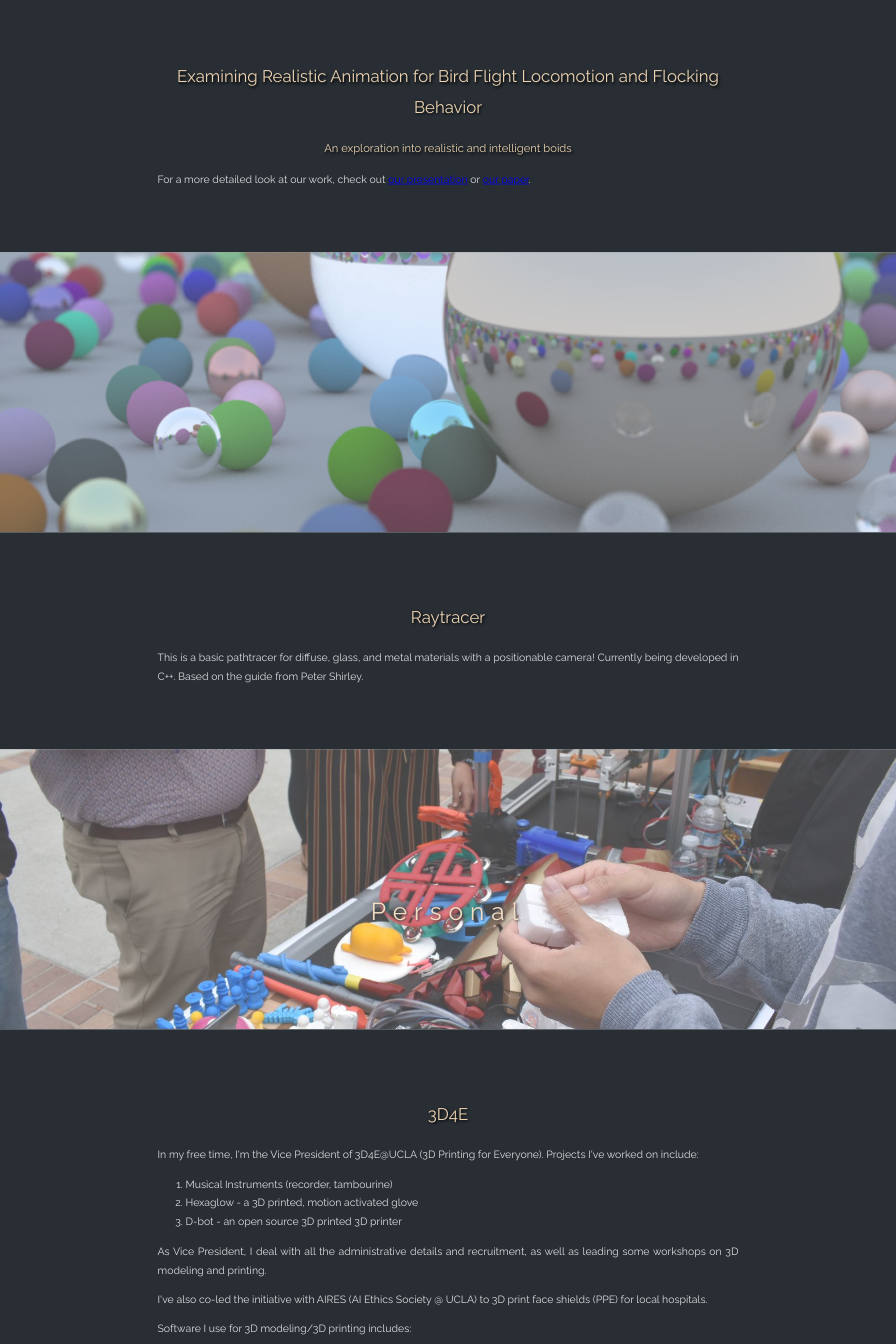
Repository: aliyuanh/me
Page: index.html
These files come from the project's save history. The page is drawn as it stood at one moment and after the next save; the edit follows.
The browser window is 1280 px wide. The pictures show the part of the page from y = 3069 to 4989 px (the page is 5941 px tall before and 6010 px after), at 70% of full size.
Backgrounds fixed to the window are drawn as part of the page.

Above is the page before, as saved 2020-09-17 13:54:54.

### index.html
<!DOCTYPE html>
<html>

<head>
    <link href="https://fonts.googleapis.com/css2?family=Raleway:ital,wght@0,100;0,400;1,400;1,500&display=swap" rel="stylesheet">
    <meta name="viewport" content="width=device-width, initial-scale=1">
    <style>
         :root {
            --oxford-blue: #0b132bff;
            --space-cadet: #1c2541ff;
            --cadet-blue: #4da1a9ff;
            --wheat: #edd4b2ff;
            --mountbatten-pink: #9a7aa0ff;
        }

        body,
        html {
            height: 100%;
            margin: 0;
            font: 400 15px/1.8 "Raleway", sans-serif;
            color: #777;
            scroll-behavior: smooth;
        }

        .bgimg-1,
        .bgimg-2,
        .bgimg-3,
        .bgimg-boids,
        .bgimg-raytracer,
        .bgimg-3d4e {
            position: relative;
            opacity: 0.75;
            background-attachment: fixed;
            background-position: center;
            background-repeat: no-repeat;
            background-size: cover;
        }

        .bgimg-1 {
            background-image: url("img/tokyo.jpg");
            min-height: 100%;
        }

        .bgimg-2 {
            background-image: url("img/imagineering.jpg");
            min-height: 400px;
        }

        .bgimg-3 {
            background-image: url("img/dolby.jpg");
            min-height: 400px;
        }

        .bgimg-boids {
            background-image: url("img/boids.png");
            min-height: 400px;
        }

        .bgimg-raytracer {
            background-image: url("img/raytracer.png");
            min-height: 400px;
        }

        .bgimg-3d4e {
            background-image: url("img/table3D4E.JPG");
            min-height: 400px;
        }

        .caption {
            position: absolute;
            left: 0;
            top: 50%;
            width: 100%;
            text-align: center;
            color: #000;
        }

        .caption span.border {
            background-color: var(--oxford-blue);
            color: var(--wheat);
            padding: 18px;
            font-size: 25px;
            letter-spacing: 10px;
        }

        h3 {
            letter-spacing: 5px;
            text-transform: uppercase;
            font: 20px "Raleway", sans-serif;
            color: #111;
        }
        /* Turn off parallax scrolling for tablets and phones */

        .toResume {
            top: 10%;
            width: 100%;
            right: 10%;
            text-align: right;
            color: #000;
            position: absolute;
        }

        .resumeButton {
            background-color: var(--space-cadet);
            color: var(--wheat);
            padding: 18px;
            font-size: 16px;
            letter-spacing: 6px;
        }

        .headers {
            padding: 18px;
            font-size: 25px;
            letter-spacing: 10px;
            background-color: transparent;
            font-size: 35px;
            color: var(--wheat);
            text-shadow: 2px 2px 4px #000;
        }

        .blockForText {
            color: #ddd;
            background-color: #282E34;
            text-align: center;
            padding: 5em 15em;
            text-align: justify;
        }

        .titleForBlock {
            color: var(--wheat);
            background-color: transparent;
            text-align: center;
            top: 1em;
            font-size: x-large;
            text-shadow: 2px 2px 4px #000;
        }

        .toSections {
            color: var(--mountbatten-pink);
            background-color: var(--space-cadet);
            width: fit-content;
            padding: 1em;
            text-decoration: none;
            text-shadow: 2px 2px 4px #000;
        }

        @media only screen and (max-device-width: 1024px) {
            .bgimg-1,
            .bgimg-2,
            .bgimg-3 {
                background-attachment: scroll;
            }
        }
        /* CSS HEX */
    </style>
</head>

<body>

    <div class="bgimg-1">
        <div class="toResume">
            <a class="resumeButton" href="https://drive.google.com/file/d/1WPi9M0jbwAtVQjWsxIvFWxaKqeurGUjf/view?usp=sharing">RESUME</a>
        </div>
        <div class="caption">
            <span class="border">AMANDA HAN</span>
        </div>
        <div class="caption" style="top:60%;">
            <div class="border" style="margin:auto;">
                <a href="#professional" class="toSections">professional</a>
                <a href="$projects" class="toSections">projects</a>
                <a href="#personal" class="toSections">personal</a>
            </div>
        </div>
    </div>

    <div class="blockForText" style="color: #777;background-color:white;">
        <h3 style="text-align:center;">Hi! I'm Amanda.</h3>
        <p> I'm a software developer interested in computer graphics and computer vision. Right now, I'm a junior Computer Science major at UCLA (go Bruins!). If you want to take a look at my coding projects, check out <a href="https://github.com/aliyuanh">my Github</a>.
            And, if you want to connect then message me on <a href="https://www.linkedin.com/in/aliyuanh/">LinkedIn</a>.
        </p>
    </div>

    <div class="bgimg-2" id="professional">
        <div class="caption">
            <span class="headers">PROFESSIONAL EXPERIENCE</span>
        </div>
    </div>

    <div style="position:relative;">
        <div class="blockForText">
            <p class="titleForBlock">Walt Disney Imagineering</p>
            <p>The winter quarter of my sophomore year (Jan 2020-Apr 2020), I was a software development intern in Imagineering's Tech Studio. At Imagineering, I worked on a variety of projects including a CGI/CAD webtool (details under NDA).
            </p>
            <p>
                Technologies used: .NET Core, Azure App Service, Snowflake, Python, REST APIs, 3D APIs
            </p>
        </div>
    </div>

    <div class="bgimg-3">
        <div class="caption">
            <span class="border" style="background-color:transparent;font-size:25px;color: #f7f7f7;"></span>
        </div>
    </div>

    <div style="position:relative;">
        <div class="blockForText">
            <p class="titleForBlock">Dolby Laboratories</p>
            <p>As part of my summer internship at Dolby's Enterprise Applications team, I completed a full-stack website using the .NET Core MVC framework in C# for external partner companies. The motivation for this is to provide an external service to
                the employees of Dolby partner companies.
            </p>
            <p>
                BACKEND: As the developer for this project, I used Okta's REST API for user authentication and management. Using Visual Studio, I built this website and hosted it on a Windows server.
            </p>
            <p>
                FRONTEND: For the frontend, I used the Bootstrap Library as well as Dolby's CSS library to create a interactive user interface. The frontend was programmed in HTML/CSS/Javascript, with C# embedded using Razor pages.
            </p>
        </div>
    </div>

    <div class="bgimg-boids" id="projects">
        <div class="caption">
            <span class="headers">PROJECTS</span>
        </div>
    </div>

    <div style="position:relative;">
        <div class="blockForText">
            <p class="titleForBlock">Examining Realistic Animation for Bird Flight Locomotion and Flocking Behavior </p>
            <p class="titleForBlock" style="font-size:medium; top: 1em;"> An exploration into realistic and intelligent boids</p>
            <p>For a more detailed look at our work, check out <a href="https://drive.google.com/file/d/1roD6f6O2y-D9oC9Y6kRLfV5ygv2Oxyie/view?usp=sharing">our presentation</a> or <a href="https://drive.google.com/file/d/1EKCrtCoSiOdHSjfQbJRRv11yyhfx--Px/view?usp=sharing">our paper</a>.
            </p>
        </div>
    </div>

    <div class="bgimg-raytracer">
        <div class="caption">
            <span class="headers"></span>
        </div>
    </div>
    <div style="position:relative;">
        <div class="blockForText">
            <p class="titleForBlock">Raytracer</p>
            <p>This is a basic pathtracer for diffuse, glass, and metal materials with a positionable camera! Currently being developed in C++. Based on the guide from Peter Shirley.</p>
        </div>
    </div>


    <div class="bgimg-3d4e" id="personal">
        <div class="caption">
            <span class="headers">Personal</span>
        </div>
    </div>
    <div style="position:relative;">
        <div class="blockForText">
            <p class="titleForBlock">3D4E</p>
            <p>In my free time, I'm the Vice President of 3D4E@UCLA (3D Printing for Everyone). Projects I've worked on include:</p>
            <ol>
                <li>Musical Instruments (recorder, tambourine)</li>
                <li>Hexaglow - a 3D printed, motion activated glove</li>
                <li>D-bot - an open source 3D printed 3D printer</li>
            </ol>
            <p>As Vice President, I deal with all the administrative details and recruitment, as well as leading some workshops on 3D modeling and printing.</p>
            <p>I've also co-led the initiative with AIRES (AI Ethics Society @ UCLA) to 3D print face shields (PPE) for local hospitals. </p>
            <p> Software I use for 3D modeling/3D printing includes:</p>
            <ol>
                <li>Fusion 360</li>
                <li>Autodesk Maya</li>
                <li>Zbrush (Core)</li>
                <li>MeshMixer</li>
                <li>Slicers (Cura, Simplify3D, PrusaSlicer)</li>
            </ol>
        </div>
    </div>

    <div class="bgimg-1">
        <div class="caption">
            <span class="border"><a href="mailto: aliyuanh@ucla.edu" style="color:#ddd ">Email me!</a></span>
        </div>
    </div>

</body>

</html>

After the next save:
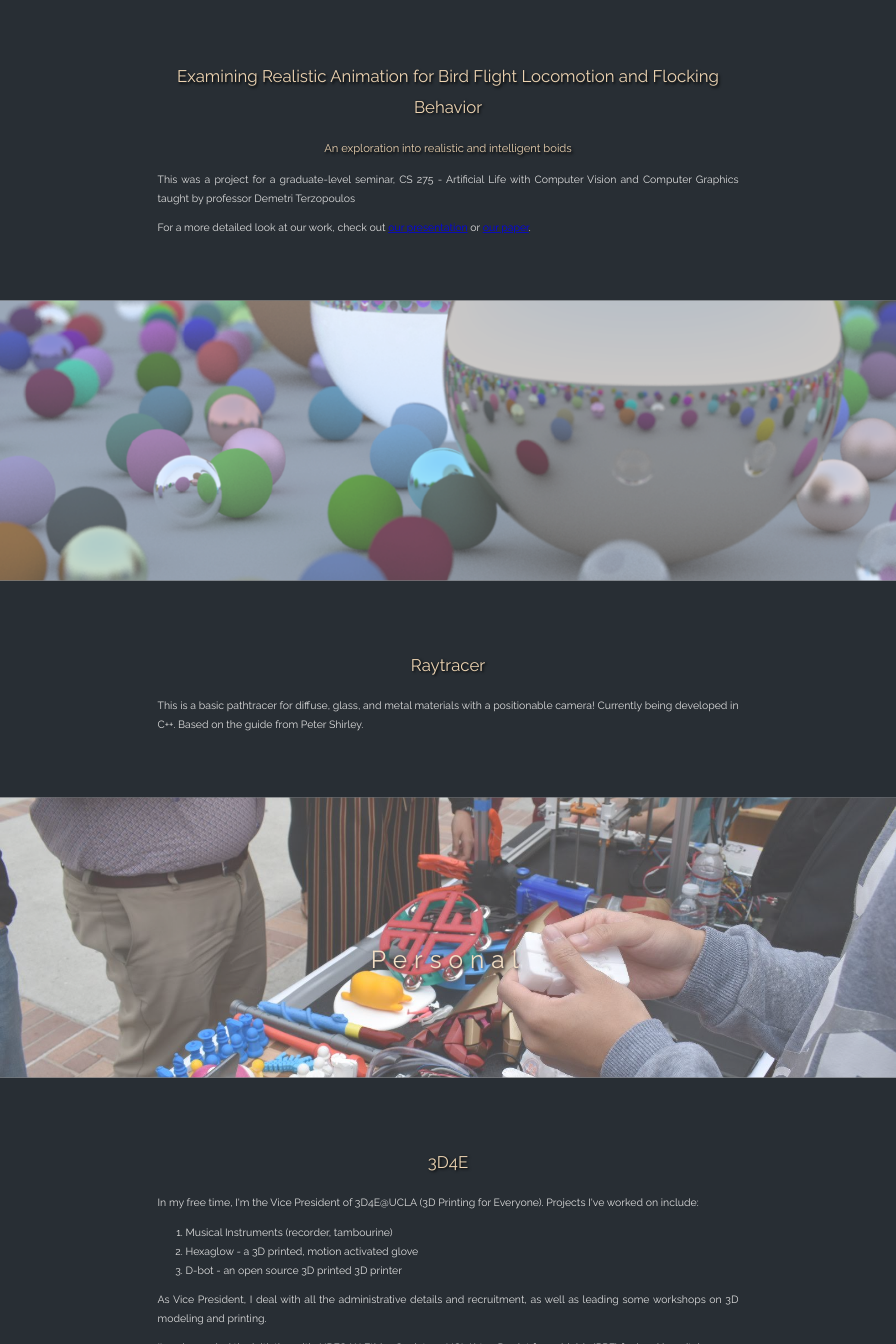
Saved 2 min 49 s later.
--- a/index.html
+++ b/index.html
@@ -228,6 +228,7 @@
         <div class="blockForText">
             <p class="titleForBlock">Examining Realistic Animation for Bird Flight Locomotion and Flocking Behavior </p>
             <p class="titleForBlock" style="font-size:medium; top: 1em;"> An exploration into realistic and intelligent boids</p>
+            <p>This was a project for a graduate-level seminar, CS 275 - Artificial Life with Computer Vision and Computer Graphics taught by professor Demetri Terzopoulos</p>
             <p>For a more detailed look at our work, check out <a href="https://drive.google.com/file/d/1roD6f6O2y-D9oC9Y6kRLfV5ygv2Oxyie/view?usp=sharing">our presentation</a> or <a href="https://drive.google.com/file/d/1EKCrtCoSiOdHSjfQbJRRv11yyhfx--Px/view?usp=sharing">our paper</a>.
             </p>
         </div>
